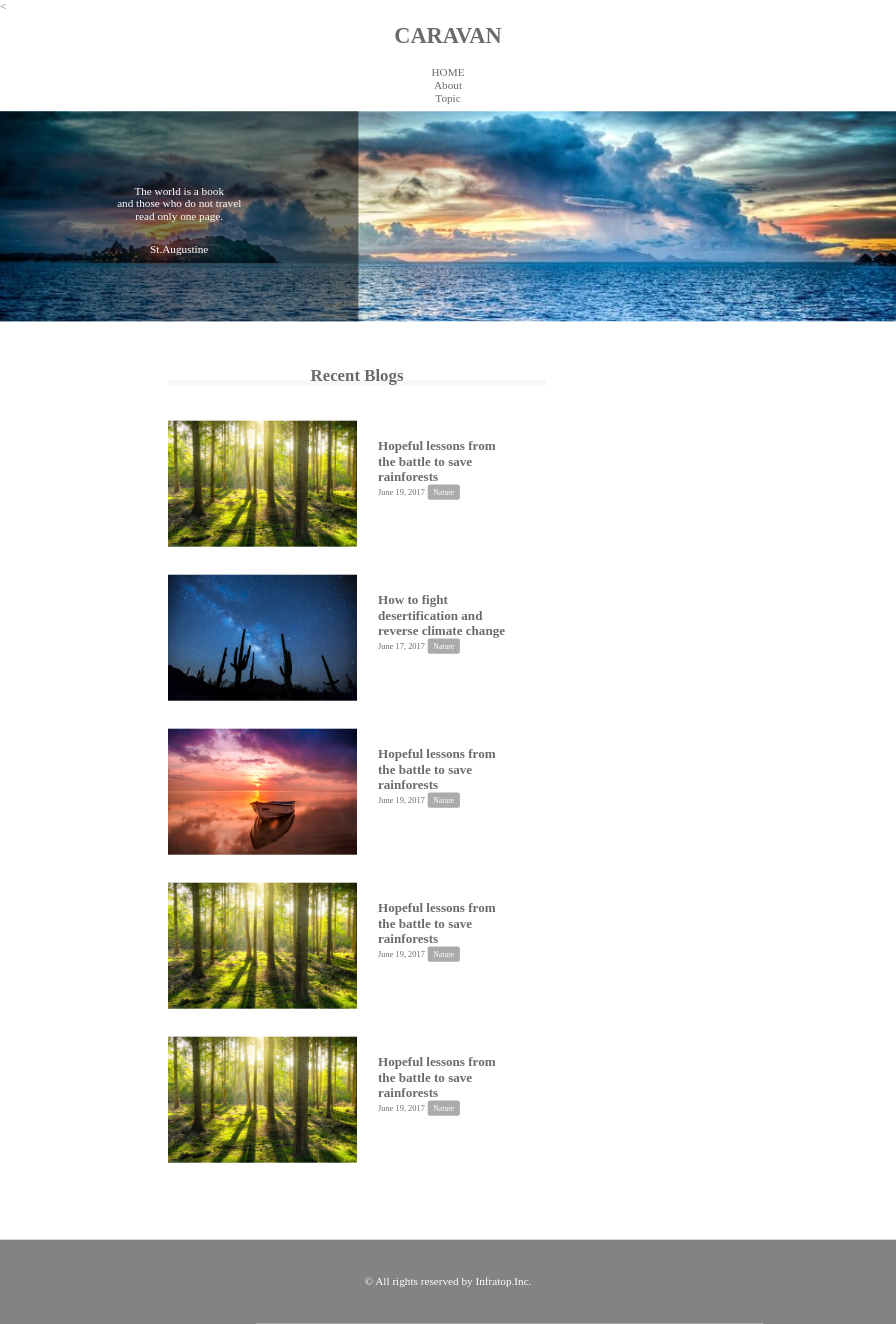
Repository: YabuYoshi/Bookers1
Page: carvan/index.html
The author's editor kept a record of every edit. The page is drawn from the files as they stood at one moment, then again after the next edit.
The browser window is 1280 px wide. The pictures show the whole page, at 70% of full size.

Above is the page before.

After the next edit:
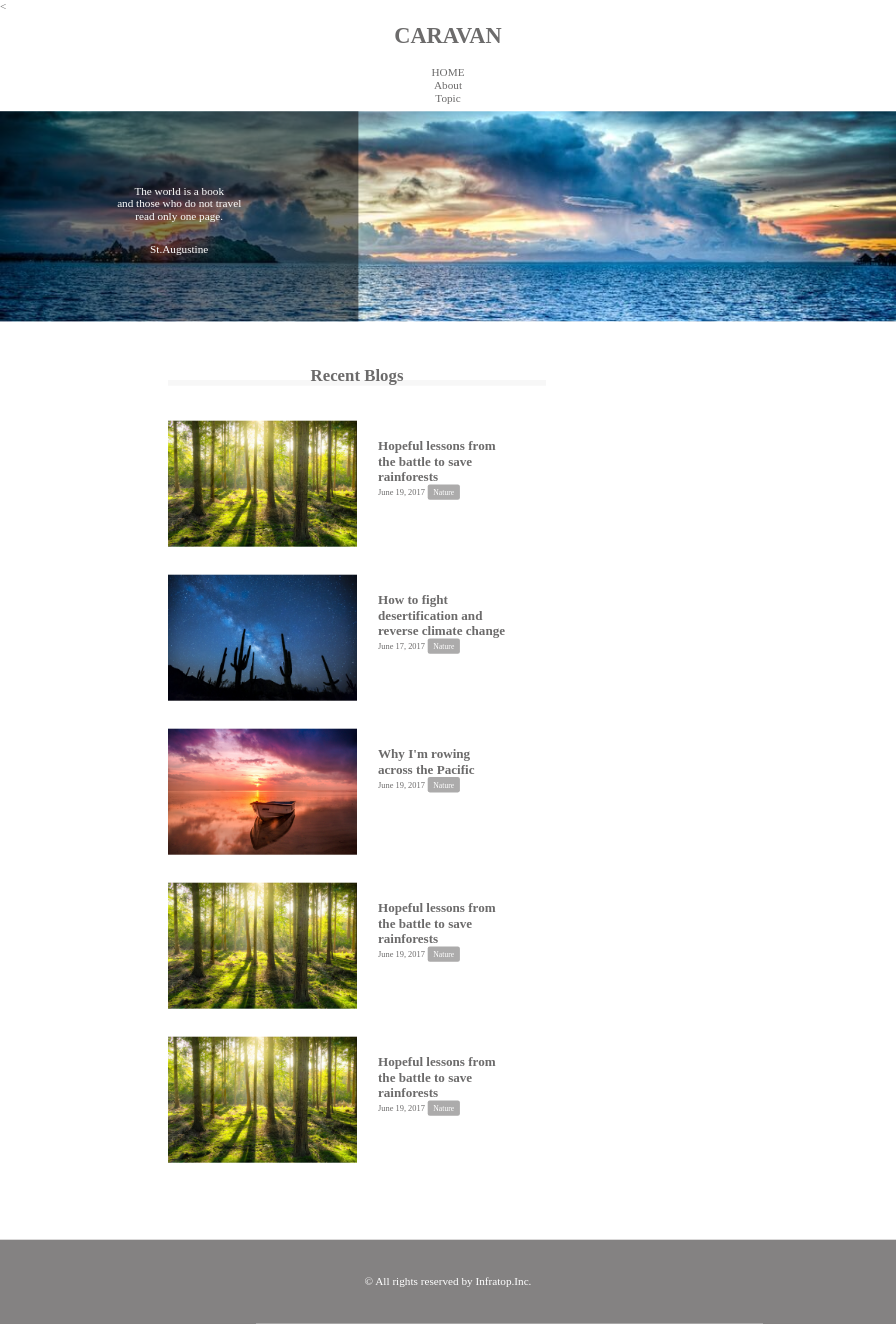
The edit:
--- a/carvan/index.html
+++ b/carvan/index.html
@@ -79,9 +79,8 @@
           <section class="blog-text">
             <h3>
               <a href="single.html">
-                Hopeful lessons from<br>
-                the battle to save<br>
-                rainforests
+                Why I'm rowing<br>
+                across the Pacific
               </a>
             </h3>
             <p class="blog-date">June 19, 2017</p>
